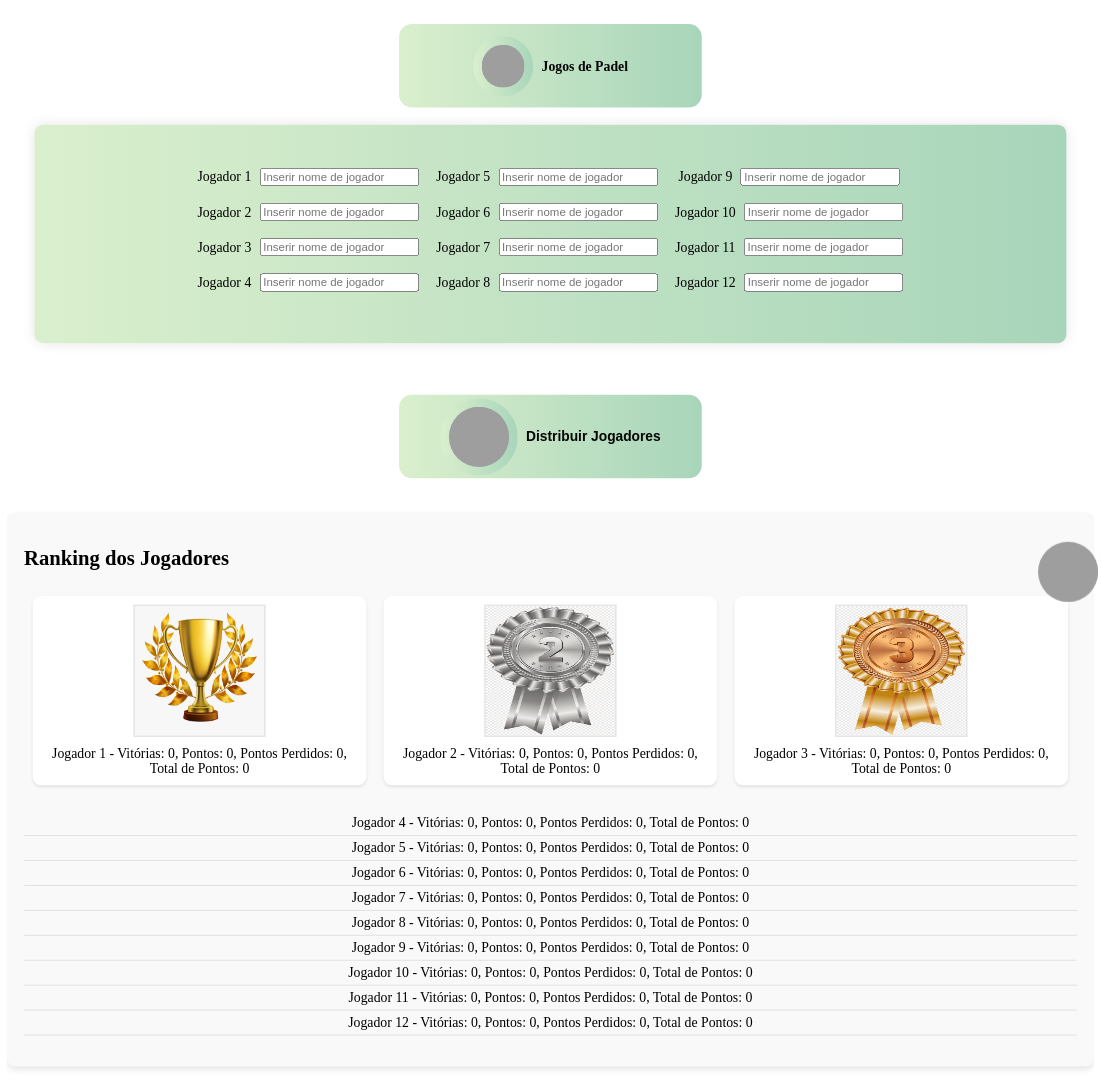
Repository: MarcioMiguel22/PadelMaster
Page: /calculadora
These files come from the project's save history. The page is drawn as it stood at one moment and after the next save; the edit follows.
The browser window is 1280 px wide. The pictures show the whole page, at 86% of full size.
Pictures or frames that could not be fetched are drawn as grey boxes. The project was rebuilt for these pictures with package versions that can differ from the ones it lists, and the page was loaded fresh each time. Also part of the build but not shown: vite.config.ts, src/pages/Home/Home.module.css, src/pages/Home/Home.tsx, src/components/components_calculadora/TrocarJogadoresButton.module.css, src/components/components_calculadora/TrocarJogadoresButton.tsx, src/components/components_calculadora/Campo.tsx, src/components/components_calculadora/Jogo.tsx, src/components/components_calculadora/ExportButton.module.css and 6 more.

Above is the page before, as saved 2024-06-20 10:42:49.

### src/main.tsx
///home/marciomiguel/code/MarcioMiguel22/Sites/PadelMaster/src/main.tsx
import { render } from 'react-dom';
import { StrictMode } from 'react';
import App from './App';
import './index.css';

const root = document.getElementById('root')!;
render(
  <StrictMode>
    <App />
  </StrictMode>,
  root
);

### src/App.tsx

///home/marciomiguel/code/MarcioMiguel22/Sites/PadelMaster/src/App.tsx

import { BrowserRouter, Routes, Route } from 'react-router-dom';
import Home from './pages/Home/Home';
import Calculadora from './pages/Calculadora/Calculadora';
import PlayerComponent from './pages/Player/playerComponent';
function App() {
  return (
    <BrowserRouter>
      <Routes>
        <Route path="/" element={<Home />} />
        <Route path="/calculadora" element={<Calculadora />} /> // Wrap Calculadora component with curly braces
        <Route path="/player-component" element={<PlayerComponent />} />
      </Routes>
    </BrowserRouter>
  );
}

export default App

### src/components/components_calculadora/JogadoresLista.tsx
import React, { useRef, useEffect, useState } from 'react';
import JogadorItem, { InputRef } from './JogadorItem';
import { Jogador } from '../../utils/types/types';

interface JogadoresListaProps {
  jogadores: Jogador[];
  handleNomeChange: (id: number, novoNome: string) => void;
}

const JogadoresLista: React.FC<JogadoresListaProps> = ({ jogadores, handleNomeChange }) => {
  const [localJogadores, setLocalJogadores] = useState<Jogador[]>([]);
  const inputRefs = useRef<(InputRef | null)[]>([]);

  useEffect(() => {
    const storedJogadores = localStorage.getItem('jogadores');
    if (storedJogadores) {
      setLocalJogadores(JSON.parse(storedJogadores));
    } else {
      setLocalJogadores(jogadores);
    }
  }, [jogadores]);

  const focusNextInput = (index: number) => {
    if (index < inputRefs.current.length - 1) {
      inputRefs.current[index + 1]?.focus();
    }
  };

  const handleNomeChangeWithStorage = (id: number, novoNome: string) => {
    handleNomeChange(id, novoNome);
    const updatedJogadores = localJogadores.map(jogador =>
      jogador.id === id ? { ...jogador, nome: novoNome } : jogador
    );
    setLocalJogadores(updatedJogadores);
    localStorage.setItem('jogadores', JSON.stringify(updatedJogadores));
  };

  return (
    <div className="jogadores-lista">
      {Array.from({ length: 3 }, (_, i) => (
        <div className="jogadores-coluna" key={i}>
          {localJogadores.slice(i * 4, (i + 1) * 4).map((jogador, jIndex) => (
            <JogadorItem
              key={jogador.id}
              jogador={jogador}
              handleNomeChange={handleNomeChangeWithStorage}
              focusNextInput={() => focusNextInput(i * 4 + jIndex)}
              ref={(el) => (inputRefs.current[i * 4 + jIndex] = el)}
            />
          ))}
        </div>
      ))}
    </div>
  );
};

export default JogadoresLista;

### src/components/components_calculadora/Ranking.tsx
import React from 'react';
import ouro from '../../assets/images/ouro.png';
import prata from '../../assets/images/prata.png';
import bronze from '../../assets/images/bronze.png';
import styles from './Ranking.module.css';

interface Jogador {
  id: number;
  nome: string;
  vitorias: number;
  pontos: number;
  pontosPerdidos: number;
  totalPontos: number; // Adicione esta linha
}

interface RankingProps {
  jogadoresClassificados: Jogador[];
}

const Ranking: React.FC<RankingProps> = ({ jogadoresClassificados }) => {
  const top3 = jogadoresClassificados.slice(0, 3);
  const outrosJogadores = jogadoresClassificados.slice(3);

  const medalhas = [ouro, prata, bronze];

  return (
    <div className={styles.rankingContainer}>
      <h2>Ranking dos Jogadores</h2>
      <div className={styles.top3Container}>
        {top3.map((jogador, index) => (
          <div key={jogador.id} className={styles.top3Item}>
            <img src={medalhas[index]} alt={`Medalha de ${index + 1}`} className={styles.medalha} />
            {jogador.nome} - Vitórias: {jogador.vitorias}, Pontos: {jogador.pontos}, Pontos Perdidos: {jogador.pontosPerdidos}, Total de Pontos: {jogador.totalPontos}
          </div>
        ))}
      </div>
      <ul className={styles.outrosJogadores}>
        {outrosJogadores.map((jogador) => (
          <li key={jogador.id}>
            {jogador.nome} - Vitórias: {jogador.vitorias}, Pontos: {jogador.pontos}, Pontos Perdidos: {jogador.pontosPerdidos}, Total de Pontos: {jogador.totalPontos}
          </li>
        ))}
      </ul>
    </div>
  );
};

export default Ranking;

### src/components/components_calculadora/ScrollToTopButton.tsx
import React, { useState } from 'react';
import tennisBall from '../../assets/images/tennis-ball.png';
import styles from './ScrollToTopButton.module.css';

interface ScrollToTopButtonProps {
  refs: (React.RefObject<HTMLDivElement> | HTMLDivElement | null)[];
}

const ScrollToTopButton: React.FC<ScrollToTopButtonProps> = ({ refs }) => {
  const [animation, setAnimation] = useState<string>('');

  const handleScroll = () => {
    if (window.scrollY > 0) {
      setAnimation(styles.bounce);
      setTimeout(() => {
        window.scrollTo({ top: 0, behavior: 'smooth' });
        setAnimation('');
      }, 500);
    } else {
      setAnimation(styles.disappear);
      setTimeout(() => {
        refs.forEach((ref) => {
          if (ref && 'current' in ref) {
            ref.current?.scrollIntoView({ behavior: 'smooth' });
          } else if (ref) {
            (ref as HTMLDivElement).scrollIntoView({ behavior: 'smooth' });
          }
        });
        setAnimation('');
      }, 500);
    }
  };

  return (
    <button onClick={handleScroll} className={styles.scrollToTop}>
      <img src={tennisBall} alt="Tennis Ball" className={`${styles.tennisBall} ${animation}`} />
    </button>
  );
};

export default ScrollToTopButton;

### src/components/components_calculadora/DistributeButton.tsx
import React, { useState } from 'react';
import tennisBall from '../../assets/images/tennis-ball.png';
import styles from './DistributeButton.module.css'; // Importando o arquivo CSS Module

const DistributeButton: React.FC<{ onClick: () => void }> = ({ onClick }) => {
  // Estado para rastrear se a bola está girando
  const [isRotating, setIsRotating] = useState(false);

  // Função chamada ao clicar no botão
  const handleClick = () => {
    // Definindo estado de rotação como verdadeiro para iniciar a animação
    setIsRotating(true);

    // Após o tempo da animação (1 segundo), definir rotação como falso e chamar onClick
    setTimeout(() => {
      setIsRotating(false);
      // Chama a função onClick somente após a animação completar
      onClick();
    }, 1000); // Tempo da animação em milissegundos
  };

  return (
    <div className={styles.container}>
      <button onClick={handleClick} className={styles.distributeButton}>
        <img
          src={tennisBall}
          alt="Tennis Ball"
          // Adiciona a classe 'rotate' condicionalmente baseado no estado isRotating
          className={`${styles.tennisBall} ${isRotating ? styles.rotate : ''}`}
        />
        <span className={styles.label}>Distribuir Jogadores</span>
      </button>
    </div>
  );
};

export default DistributeButton;

### src/utils/playerUtils.ts
// src/utils/playerUtils.ts

import { Jogador } from '../utils/types/types';

export const handleNomeChange = (jogadores: Jogador[], id: number, novoNome: string): Jogador[] => {
  return jogadores.map(jogador =>
    jogador.id === id ? { ...jogador, nome: novoNome } : jogador
  );
};

export const selecionarJogador = (jogadoresSelecionados: Jogador[], jogador: Jogador): Jogador[] => {
  if (jogadoresSelecionados.includes(jogador)) {
    return jogadoresSelecionados.filter(j => j.id !== jogador.id);
  } else {
    if (jogadoresSelecionados.length < 2) {
      return [...jogadoresSelecionados, jogador];
    } else {
      return jogadoresSelecionados;
    }
  }
};

### src/utils/resultUtils.ts
// src/utils/resultUtils.ts

import { Campo as CampoType } from '../utils/types/types';

export const todosResultadosInseridos = (jogos: CampoType[][]): boolean => {
  return jogos.length > 0 && jogos.every(jogo =>
    jogo.every(campo =>
      campo.times.every(time =>
        typeof time.resultado === 'number'
      )
    )
  );
};

### src/components/components_calculadora/Titulo.tsx
// src/components/Titulo.tsx
import React from 'react';
import styles from './Titulo.module.css';
import tennisBall from '../../assets/images/tennis-ball.png';

interface TituloProps {
  texto: string;
}

const Titulo: React.FC<TituloProps> = ({ texto }) => {
  return (
    <div className={styles.container}>
      <img
        src={tennisBall}
        alt="Tennis Ball"
        className={styles.tennisBall}
      />
      <span className={styles.label}>{texto}</span>
    </div>
  );
};

export default Titulo;

### src/components/components_calculadora/JogadorItem.tsx

import React, { useState, useEffect, useRef, forwardRef, useImperativeHandle } from 'react';
import { Jogador } from '../../utils/types/types'; // Importando o tipo Jogador

interface JogadorItemProps {
  jogador: Jogador;
  handleNomeChange: (id: number, novoNome: string) => void;
  focusNextInput: () => void;
}

export interface InputRef {
  focus: () => void;
}

const JogadorItem = forwardRef<InputRef, JogadorItemProps>(({ jogador, handleNomeChange, focusNextInput }, ref) => {
  const [nome, setNome] = useState('');
  const inputRef = useRef<HTMLInputElement>(null);

  useImperativeHandle(ref, () => ({
    focus: () => {
      inputRef.current?.focus();
    }
  }));

  useEffect(() => {
    // Set the initial value for the input
    setNome(jogador.nome === `Jogador ${jogador.id}` ? '' : jogador.nome);
  }, [jogador.nome, jogador.id]);

  const handleBlur = () => {
    if (nome.trim() === '') {
      handleNomeChange(jogador.id, `Jogador ${jogador.id}`);
      setNome('');
    } else {
      handleNomeChange(jogador.id, nome);
    }
  };

  const handleKeyDown = (e: React.KeyboardEvent) => {
    if (e.key === 'Enter') {
      focusNextInput();
    }
  };

  return (
    <div className="jogador-item">
      <label>{`Jogador ${jogador.id}`}</label>
      <input
        ref={inputRef}
        type="text"
        value={nome}
        onChange={(e) => setNome(e.target.value)}
        onBlur={handleBlur}
        onKeyDown={handleKeyDown}
        placeholder="Inserir nome de jogador"
      />
    </div>
  );
});

JogadorItem.displayName = "JogadorItem";

export default JogadorItem;

### src/components/components_calculadora/Ranking.module.css
/*src/components/components_calculadora/Ranking.module.css*/

.rankingContainer {
  padding: 20px;
  background-color: #f9f9f9;
  border-radius: 10px;
  box-shadow: 0 4px 8px rgba(0, 0, 0, 0.1);
}

.top3Container {
  display: flex;
  justify-content: space-around;
  margin-bottom: 20px;
  flex-wrap: wrap; /* Ensure items wrap in smaller screens */
}

.top3Item {
  display: flex;
  flex-direction: column;
  align-items: center;
  padding: 10px;
  background-color: #ffffff;
  border-radius: 10px;
  box-shadow: 0 2px 4px rgba(0, 0, 0, 0.1);
  text-align: center;
  margin: 10px; /* Added margin to ensure spacing between items */
  flex-basis: calc(33.33% - 20px); /* Ensure items take equal width, minus margins */
  box-sizing: border-box; /* Ensure padding is included in the element's width */
}

.medalha {
  width: 150px;
  height: 150px;
  margin-bottom: 10px;
  transition: transform 0.3s ease-in-out;
  object-fit: initial;
  background-color: transparent; /* Certifique-se de que o fundo é transparente */
  border: 2px solid rgba(0, 0, 0, 0.1); /* Adicione uma borda leve para verificar a transparência */
}


.medalha:hover {
  transform: scale(8);
  animation: pulse 1s infinite;
}

@keyframes pulse {
  0% {
    transform: scale(1.2);
  }
  50% {
    transform: scale(1.25);
  }
  100% {
    transform: scale(1.2);
  }
}

.outrosJogadores {
  list-style-type: none;
  padding: 0;
}

.outrosJogadores li {
  padding: 5px 0;
  border-bottom: 1px solid #ddd;
  text-align: center;
}

/* Media Queries for Smaller Screens */
@media screen and (max-width: 767px) {
  .top3Item {
    flex-basis: 25%; /* Two items per row on smaller screens */
  }
}

@media screen and (max-width: 479px) {
  .top3Item {
    flex-basis: 25%; /* One item per row on the smallest screens */
  }
}

### src/components/components_calculadora/ScrollToTopButton.module.css
.scrollToTop {
  position: fixed;
  bottom: 20px;
  left: 97%;
  transform: translateX(-50%);
  width: 70px;
  height: 70px;
  border: none;
  background: none;
  cursor: pointer;
  display: flex;
  align-items: center;
  justify-content: center;
  transition: transform 0.3s ease-in-out;
}

.tennisBall {
  width: 100%;
  height: 100%;
  position: absolute;
  border-radius: 50%;
}

@keyframes bounce {
  0%, 100% {
    transform: translateY(0);
  }
  50% {
    transform: translateY(-50px);
  }
}

@keyframes disappear {
  0% {
    opacity: 1;
    transform: translateY(0);
  }
  100% {
    opacity: 0;
    transform: translateY(50px);
  }
}

.bounce {
  animation: bounce 0.5s ease-in-out;
}

.disappear {
  animation: disappear 0.5s forwards;
}

### src/components/components_calculadora/DistributeButton.module.css
/* src/components/components_calculadora/DistributeButton.module.css */
.container {
  width: 350px;
  height: 95px;
  background: linear-gradient(to right, #daefcd, #a8d5ba);
  padding: 1px;
  border-radius: 15px;
  display: flex;
  justify-content: center;
  align-items: center;
  margin-top: 20px;
}

.distributeButton {
  position: relative;
  width: auto;
  height: 70px;
  border: none;
  background: none;
  cursor: pointer;
  display: flex;
  align-items: center;
  justify-content: center;
  flex-direction: row;
}

.tennisBall {
  width: 70px;
  height: 70px;
  background: linear-gradient(to right, #daefcd, #a8d5ba);
  border-radius: 50%;
  padding: 10px;
  transition: transform 1s ease-in-out; /* Adiciona uma transição suave */
}

.tennisBall.rotate {
  transform: rotate(360deg); /* Roda a bola em 360 graus */
}

.label {
  font-size: 16px;
  color: rgb(5, 5, 5);
  font-weight: bold;
  margin-left: 10px;
}

### src/utils/utils.ts
// src/utils/utils.ts

export const embaralharArray = <T,>(array: T[]): T[] => {
  const copiaArray = [...array];
  for (let i = copiaArray.length - 1; i > 0; i--) {
    const j = Math.floor(Math.random() * (i + 1));
    [copiaArray[i], copiaArray[j]] = [copiaArray[j], copiaArray[i]];
  }
  return copiaArray;
};

import { Jogador, Time, Campo as CampoType } from '../utils/types/types';

export const criarTimes = (jogadores: Jogador[]): Time[] => {
  const jogadoresEmbaralhados = embaralharArray(jogadores);
  const times: Time[] = [];
  for (let i = 0; i < jogadoresEmbaralhados.length; i += 2) {
    times.push({ jogadores: jogadoresEmbaralhados.slice(i, i + 2), resultado: 0 });
  }
  return times;
};

export const criarCampos = (times: Time[]): CampoType[] => [
  { id: 1, times: times.slice(0, 2) },
  { id: 2, times: times.slice(2, 4) },
  { id: 3, times: times.slice(4, 6) },
];

export const atualizarRanking = (jogadores: Jogador[], jogos: CampoType[][]) => {
  const jogadoresAtualizados = [...jogadores].map(jogador => {
    let vitorias = 0;
    let pontos = 0;
    let pontosPerdidos = 0;
    jogos.forEach(jogo => {
      jogo.forEach(campo => {
        campo.times.forEach(time => {
          if (time.jogadores.some(j => j.id === jogador.id)) {
            pontos += time.resultado;
            const oponente = campo.times[1 - campo.times.indexOf(time)];
            pontosPerdidos += oponente.resultado;
            if (time.resultado > oponente.resultado) {
              vitorias += 1;
            }
          }
        });
      });
    });
    const totalPontos = pontos - pontosPerdidos;
    return { ...jogador, vitorias, pontos, pontosPerdidos, totalPontos };
  });

  return jogadoresAtualizados.sort((a, b) => {
    if (b.totalPontos === a.totalPontos) {
      if (b.vitorias === a.vitorias) {
        return b.pontos - a.pontos;
      }
      return b.vitorias - a.vitorias;
    }
    return b.totalPontos - a.totalPontos; // Maior totalPontos classifica mais alto
  });
};

### src/components/components_calculadora/Titulo.module.css
/* src/components/components_calculadora/DistributeButton.module.css */
.container {
  width: 350px;
  height: 95px;
  background: linear-gradient(to right, #daefcd, #a8d5ba);
  padding: 1px;
  border-radius: 15px;
  display: flex;
  justify-content: center;
  align-items: center;
  margin-top: 20px;
}

.distributeButton {
  position: relative;
  width: auto;
  height: 70px;
  border: none;
  background: none;
  cursor: pointer;
  display: flex;
  align-items: center;
  justify-content: center;
  flex-direction: row;
}

.tennisBall {
  width: 50px;
  height: 50px;
  background: linear-gradient(to right, #daefcd, #a8d5ba);
  border-radius: 50%;
  padding: 10px;
  transition: transform 1s ease-in-out; /* Adiciona uma transição suave */
}

.label {
  font-size: 16px;
  color: rgb(5, 5, 5);
  font-weight: bold;
  margin-left: 10px;
}

Loaded but not shown: index.html (common file); src/pages/Calculadora/Calculadora.tsx (183 lines, source omitted); src/utils/gameLogic.ts (164 lines, source omitted); src/pages/Calculadora/Calculadora.css (279 lines, source omitted)

After the next save:
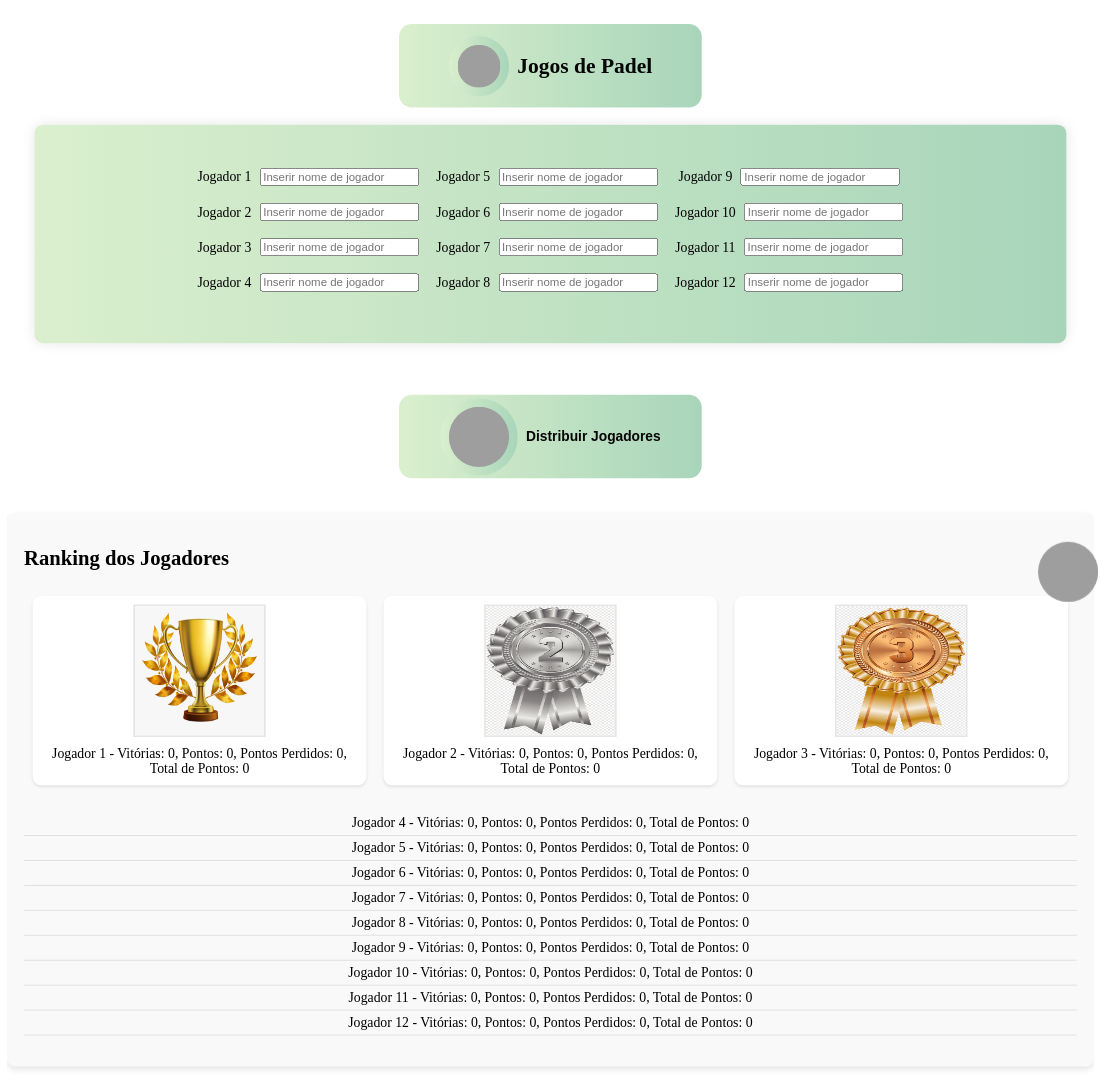
Saved 32 s later.
--- a/src/components/components_calculadora/Titulo.module.css
+++ b/src/components/components_calculadora/Titulo.module.css
@@ -34,7 +34,7 @@
 }
 
 .label {
-  font-size: 16px;
+  font-size: 25px;
   color: rgb(5, 5, 5);
   font-weight: bold;
   margin-left: 10px;
